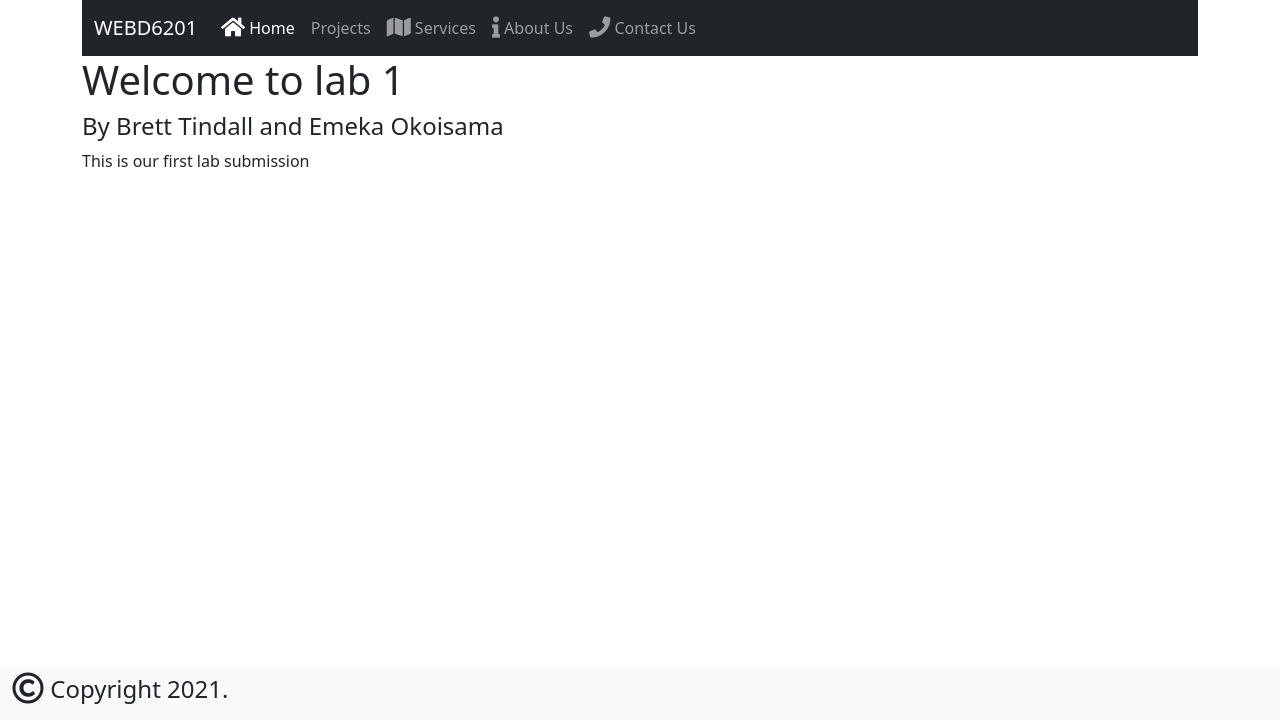
Repository: Sub4Sub/Lab_1
Page: index.html
These files come from the project's save history. The page is drawn as it stood at one moment and after the next save; the edit follows.
The browser window is 1280 px wide. The pictures show the whole page.

Above is the page before, as saved 2021-02-05 02:29:25.

### index.html
<!DOCTYPE html>
<html lang="en">
<head>
    <meta charset="UTF-8">
    <meta name="viewport" content="width=device-width, initial-scale=1.0">
    <title>Home</title>
    <!-- CSS Section -->
    <link rel="stylesheet" href="./node_modules/bootstrap/dist/css/bootstrap.min.css">
    <link rel="stylesheet" href="./node_modules/@fortawesome/fontawesome-free/css/all.min.css">
    <link rel="stylesheet" href="./Content/app.css">
</head>
<body>
    <!-- Main Header -->


    <!-- Main Content -->
    <main class="container">
    </main>



    <!-- Script Section-->
    <script src="./node_modules/jquery/dist/jquery.min.js"></script>
    <script src="./node_modules/bootstrap/dist/js/bootstrap.bundle.min.js"></script>
    <script src="./Scripts/app.js"></script>
</body>
</html>

### Scripts/app.js

"use strict";


(function()
{

    function displayHome()
    {
        let indexHeading = document.createElement("h1");

        indexHeading.setAttribute("id", "indexHeading");
        indexHeading.textContent = "Welcome to lab 1";
        //indexHeading.className = "fs-4 fw-bold";

        let mainContent = document.querySelector("main");
        mainContent.appendChild(indexHeading);

        let newDivTag = document.createElement("div");
        newDivTag.innerHTML =
        `<h4>By Brett Tindall and Emeka Okoisama</h4>
        <p id="paragraphThree"> This is our first lab submission </p>`;

        mainContent.append(newDivTag);


    }

    function displayContact()
    {
      let contactHeading = document.createElement("h1");

      contactHeading.setAttribute("id", "contactHeading");
      contactHeading.textContent = "Enter a Contact";

      let mainContent = document.querySelector("main");
      mainContent.appendChild(contactHeading);

      let newDivTag = document.createElement("div");
      newDivTag.innerHTML =
      `<div id="messageArea"></div>

      <div class="row justify-content-lg-center g-3">
        <form class="col-lg-6 col-md-10 col-sm-10">

          <div class="input-group mb-3">
            <span class="input-group-text" id="inputGroup-sizing-default">Full Name </span>
            <input id="fullName" type="text" class="form-control" aria-label="Full Name" aria-describedby="Full Name Input"
            name="fullName" required>
          </div>

          <div class="input-group mb-3">
            <span class="input-group-text" id="inputGroup-sizing-default">Contact Number</span>
            <input id="contactNumber" type="tel" class="form-control" aria-label="Contact Number" aria-describedby="Contact Number Input"
            name="contactNumber" required>
          </div>

          <div class="input-group mb-3">
            <span class="input-group-text" id="inputGroup-sizing-default">Email</span>
            <input id="emailAddress" type="email" class="form-control" aria-label="Email Address" aria-describedby="Email Address Input"
            name="emailAddress" required>
          </div>

          <button id="sendButton" type="submit" class="btn btn-primary"><i class="fas fa-envelope fa-lg"></i> Send</button>
          <button id="cancelButton" type="reset" class="btn btn-warning"><i class="fas fa-undo fa-lg"></i> Cancel</button>
        </form>
      </div>`;

      mainContent.append(newDivTag);


      let sendButton = document.getElementById("sendButton");

        sendButton.addEventListener("click", function(event){

          window.location.href = '/index.html';

        });

    }

    function displayHeader()
    {

      let mainContent = document.querySelector("main");

      let newHeaderTag = document.createElement("header");

      newHeaderTag.innerHTML =
      `
      <header>
      <!-- Main Navigation -->
      <nav class="navbar navbar-expand-lg navbar-dark bg-dark">
          <div class="container-fluid">
            <a class="navbar-brand" href="index.html">WEBD6201</a>
            <button class="navbar-toggler" type="button" data-bs-toggle="collapse" data-bs-target="#navbarSupportedContent" aria-controls="navbarSupportedContent" aria-expanded="false" aria-label="Toggle navigation">
              <span class="navbar-toggler-icon"></span>
            </button>
            <div class="collapse navbar-collapse" id="navbarSupportedContent">
              <ul class="navbar-nav me-auto mb-2 mb-lg-0">
                <li class="nav-item">
                  <a class="nav-link active" aria-current="page" href="index.html"><i class="fas fa-home fa-lg"></i> Home</a>
                </li>

                <li class="nav-item">
                  <a class="nav-link" id="productsLink" aria-current="page" href="products.html"><i class="fas fa-cog fa-lg"></i> Products</a>
                </li>

                <li class="nav-item">
                  <a class="nav-link" aria-current="page" href="services.html"><i class="fas fa-map fa-lg"></i> Services</a>
                </li>

                <li class="nav-item">
                  <a class="nav-link" aria-current="page" href="about.html"><i class="fas fa-info fa-lg"></i> About Us</a>
                </li>

                <li class="nav-item">
                  <a class="nav-link" aria-current="page" href="contact.html"><i class="fas fa-phone fa-lg"></i> Contact Us</a>
                </li>
              </ul>
            </div>
          </div>
        </nav>
  </header>
      `
      mainContent.append(newHeaderTag);

    }

    function displayFooter()
    {
      let mainContent = document.querySelector("main");

      let newFooterTag = document.createElement("footer");

      newFooterTag.innerHTML =
      `
      <footer>
        <nav class="navbar fixed-bottom navbar-light bg-light">
            <div class="container-fluid">
              <h4><i class="far fa-copyright fa-lg"></i> Copyright 2021.</h4>
            </div>
          </nav>
    </footer>
      `

      mainContent.append(newFooterTag);

    }

    function addHumanResourcesButton()
    {
      let mainContent = document.querySelector("main");

      let newFooterTag = document.createElement("footer");

      newFooterTag.innerHTML =
      `
      <footer>
        <nav class="navbar fixed-bottom navbar-light bg-light">
            <div class="container-fluid">
              <h4><i class="far fa-copyright fa-lg"></i> Copyright 2021.</h4>
            </div>
          </nav>
    </footer>
      `

      mainContent.append(newFooterTag);

    }

    function Start()
    {
        console.log("App Started...");

        displayHeader();

        let productsButton = document.getElementById("productsLink");

        productsButton.textContent = "Projects";



        switch (document.title)
        {
          case "Home":
              displayHome();
            break;
          case "About":
              displayAbout();
            break;
          case "Projects":
              displayProjects();
            break;
          case "Services":
              displayServices();
            break;
          case "Contact":
              displayContact();
            break;
        }

    }

    displayFooter();

    window.addEventListener("load", Start);

})();

Loaded but not shown: node_modules/bootstrap/dist/css/bootstrap.min.css (library); node_modules/@fortawesome/fontawesome-free/css/all.min.css (library); node_modules/jquery/dist/jquery.min.js (library); node_modules/bootstrap/dist/js/bootstrap.bundle.min.js (library); Content/app.css (no stored copy; drawn as an empty file)

After the next save:
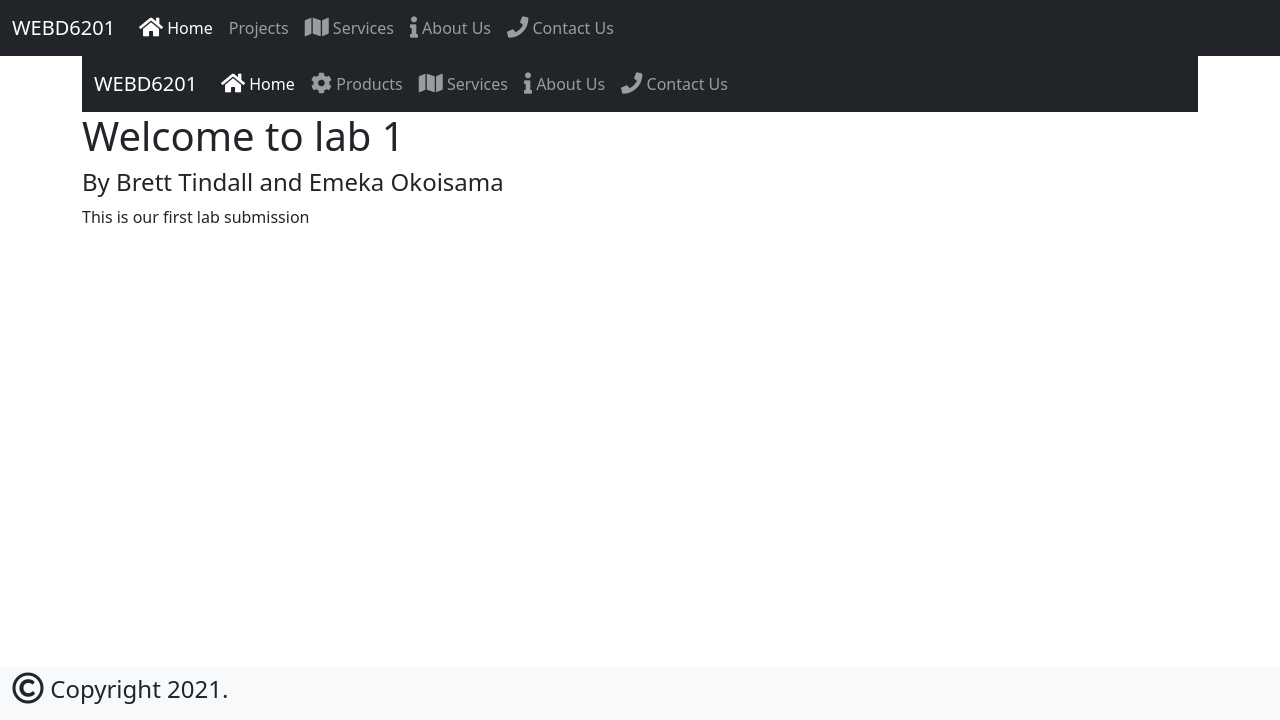
Saved 23 s later.
--- a/index.html
+++ b/index.html
@@ -11,7 +11,40 @@
 </head>
 <body>
     <!-- Main Header -->
+    <header>
+      <!-- Main Navigation -->
+      <nav class="navbar navbar-expand-lg navbar-dark bg-dark">
+          <div class="container-fluid">
+            <a class="navbar-brand" href="index.html">WEBD6201</a>
+            <button class="navbar-toggler" type="button" data-bs-toggle="collapse" data-bs-target="#navbarSupportedContent" aria-controls="navbarSupportedContent" aria-expanded="false" aria-label="Toggle navigation">
+              <span class="navbar-toggler-icon"></span>
+            </button>
+            <div class="collapse navbar-collapse" id="navbarSupportedContent">
+              <ul class="navbar-nav me-auto mb-2 mb-lg-0">
+                <li class="nav-item">
+                  <a class="nav-link active" aria-current="page" href="index.html"><i class="fas fa-home fa-lg"></i> Home</a>
+                </li>
 
+                <li class="nav-item">
+                  <a class="nav-link" id="productsLink" aria-current="page" href="products.html"><i class="fas fa-cog fa-lg"></i> Products</a>
+                </li>
+
+                <li class="nav-item">
+                  <a class="nav-link" aria-current="page" href="services.html"><i class="fas fa-map fa-lg"></i> Services</a>
+                </li>
+
+                <li class="nav-item">
+                  <a class="nav-link" aria-current="page" href="about.html"><i class="fas fa-info fa-lg"></i> About Us</a>
+                </li>
+
+                <li class="nav-item">
+                  <a class="nav-link" aria-current="page" href="contact.html"><i class="fas fa-phone fa-lg"></i> Contact Us</a>
+                </li>
+              </ul>
+            </div>
+          </div>
+        </nav>
+  </header>
 
     <!-- Main Content -->
     <main class="container">
